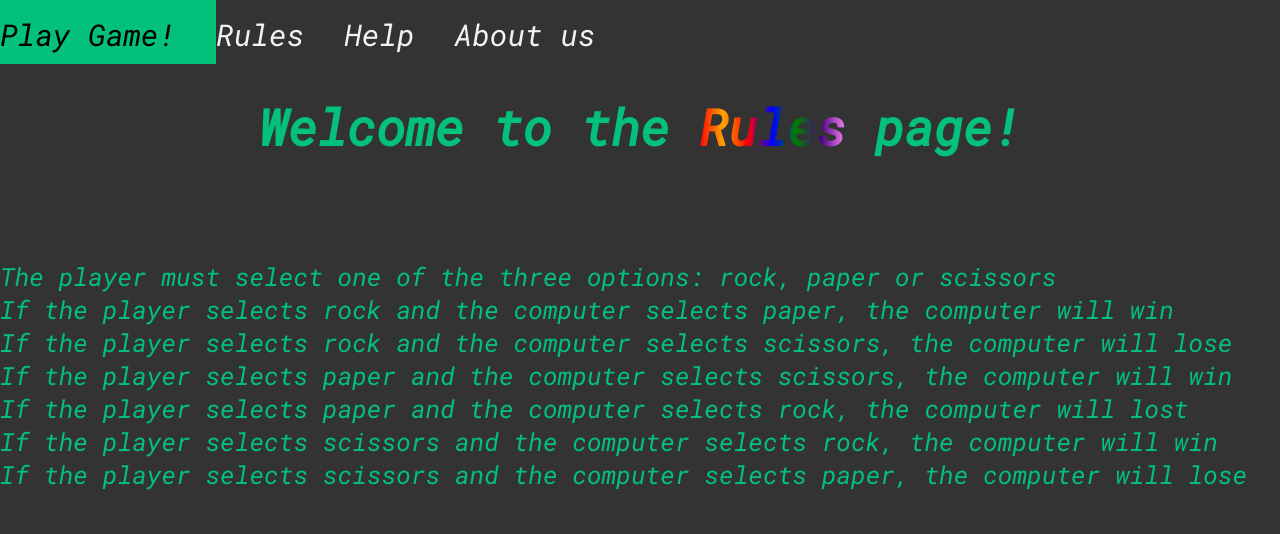
Repository: Ascendrospyder/rock-paper-scissors
Page: rulesPage.html
An editor plug-in stored every save of this project. The page is shown before and after the next save, followed by the edit.
The browser window is 1280 px wide. The pictures show the whole page.

Above is the page before, as saved 2022-12-26 13:18:14.

### rulesPage.html
<!DOCTYPE html>
<html lang="en">
  <head>
    <meta charset="UTF-8" />
    <meta http-equiv="X-UA-Compatible" content="IE=edge" />
    <meta name="viewport" content="width=device-width, initial-scale=1.0" />
    <title>Rules</title>
    <link rel="preconnect" href="https://fonts.googleapis.com" />
    <link rel="preconnect" href="https://fonts.gstatic.com" crossorigin />
    <link
      href="https://fonts.googleapis.com/css2?family=Roboto+Mono:ital@1&display=swap"
      rel="stylesheet"
    />
    <link rel="stylesheet" href="./css/style.css" />
    <link rel="stylesheet" href="./css/navbar.css" />
    <link rel="stylesheet" href="css/rules.css" />
  </head>
  <body>
    <nav>
      <div class="nav-bar">
        <a class="play-game" href="app.html">Play Game!</a>
        <a class="game-rules" href="rulesPage.html">Rules</a>
        <a class="help" href="helpPage.html">Help</a>
        <a class="about" href="aboutPage.html">About us</a>
      </div>
    </nav>

    <div class="rules-title">
      <h1 class="heading">
        Welcome to the <span class="multicoloured-text">Rules</span> page!
      </h1>
    </div>

    <div class="rules-list">
      <ol class="rules-message">
        <li>The player must select one of the three options: rock, paper or scissors</li>
        <li>If the player selects rock and the computer selects paper, the computer will win</li>
        <li>If the player selects rock and the computer selects scissors, the computer will lose</li>
        <li>If the player selects paper and the computer selects scissors, the computer will win</li>
        <li>If the player selects paper and the computer selects rock, the computer will lost</li>
        <li>If the player selects scissors and the computer selects rock, the computer will win</li>
        <li>If the player selects scissors and the computer selects paper, the computer will lose</li>

      </ol>
    </div>
  </body>
</html>

### css/style.css
/* The following code will remove the whitespace at the top of the browser */
* {
  margin: 0;
  padding: 0;
  border: 0;
  outline: 0;
  font-size: 100%;
  vertical-align: baseline;
  background: transparent;
}

body {
  background-color: #333;
}

.title {
  display: flex;
  justify-content: center;
  align-items: center;
  margin-bottom: 300px;
}

.heading {
  font-size: 50px;
  color : #03c07b;
  font-family: 'Roboto Mono', monospace;
}

.multicoloured-text {
  background-image: linear-gradient(to left, violet, indigo, green, blue, red, orange, red);
  -webkit-background-clip: text;
  -moz-background-clip: text;
  background-clip: text;
  color: transparent;
}

.prompt {
  /* border : 2px solid black;  */
  display : flex;
  justify-content: flex-start;
  margin-bottom: 20px;
}

.prompt-message {
  font-size: 30px;
  color : #03c07b;
  font-family: 'Roboto Mono', monospace;
}
.results {
  border: 5px solid rgb(40, 40, 40);
  flex-wrap: wrap;
  display : flex;
  justify-content: space-between;
  margin-bottom: 15px;
}


.results > button {
  flex : 1 1 0;
  background-color: #333;
  color: white;
  font-size: 30px;
  font-family: 'Roboto Mono', monospace;
  transition: background-color 0.3s;
}

button {
  padding-top: 40px;
  padding-bottom: 40px;
}

button:hover {
  background-color: #03c07b;
  color: black;
}

### css/navbar.css
.nav-bar {
  /* border : 10px solid black;  */
  background-color : #333;
  overflow: hidden;
  margin-bottom: 30px;
  /* padding-left: 20px; */
}

.nav-bar a {
  font-family: 'Roboto Mono', monospace;
  text-decoration: none;
  float : left;
  color : #f2f2f2;
  text-align: center;
  font-size: 30px;
  padding-right: 40px;
  padding-top: 15px;
  padding-bottom: 10px;
  transition: background-color 0.8s;
}

.nav-bar a:hover {
  background-color: #03c07b;
  color: black;
}

.nav-bar a:active {
  background-color: #03c07b;
  color : white;
}

### css/rules.css
.rules-title {
    display: flex;
    justify-content: center;
    align-items: center;
    margin-bottom: 100px;
}

.rules-list {
    border
    display : flex;
    justify-content: center;
    align-items : center;
}

.rules-message {
    font-size: 25px;
    color : #03c07b;
    font-family: 'Roboto Mono', monospace;
  }

After the next save:
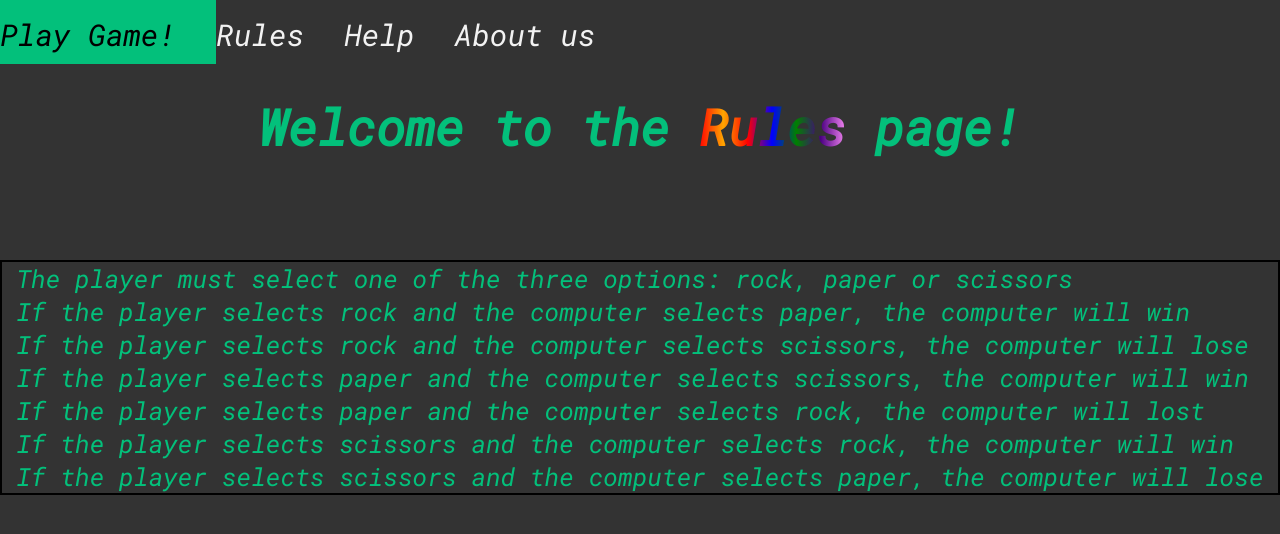
Saved 6 s later.
--- a/css/rules.css
+++ b/css/rules.css
@@ -6,7 +6,7 @@
 }
 
 .rules-list {
-    border
+    border : 2px solid black;
     display : flex;
     justify-content: center;
     align-items : center;
